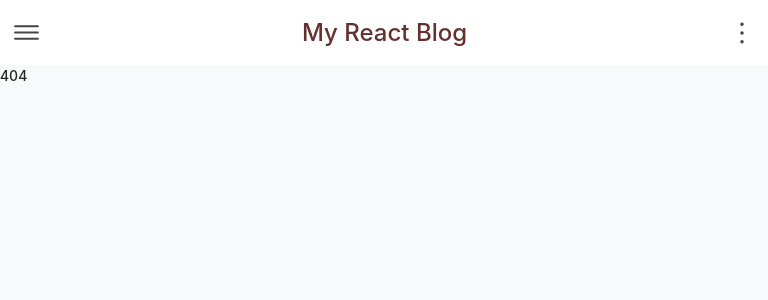
Repository: Kaycee-attah/react_blog
Page: /
An editor plug-in stored every save of this project. The page is shown before and after the next save, followed by the edit.
The browser window is 768 px wide. The pictures show the whole page.
The project was rebuilt for these pictures with package versions that can differ from the ones it lists, and the page was loaded fresh each time.

Above is the page before, as saved 2021-10-09 18:15:31.

After the next save:
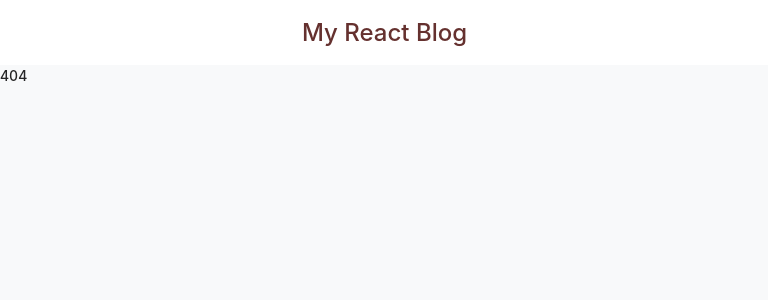
Saved 86 s later.
--- a/src/assets/scss/_navigation.scss
+++ b/src/assets/scss/_navigation.scss
@@ -203,6 +203,7 @@
 @media screen and (max-width: 900px) {
     .Blog-Navigation {
         // position: relative;
+        color: $text-colors-for-smaller-screen-sizes;
 
         .menu-icon {
             display: flex;
